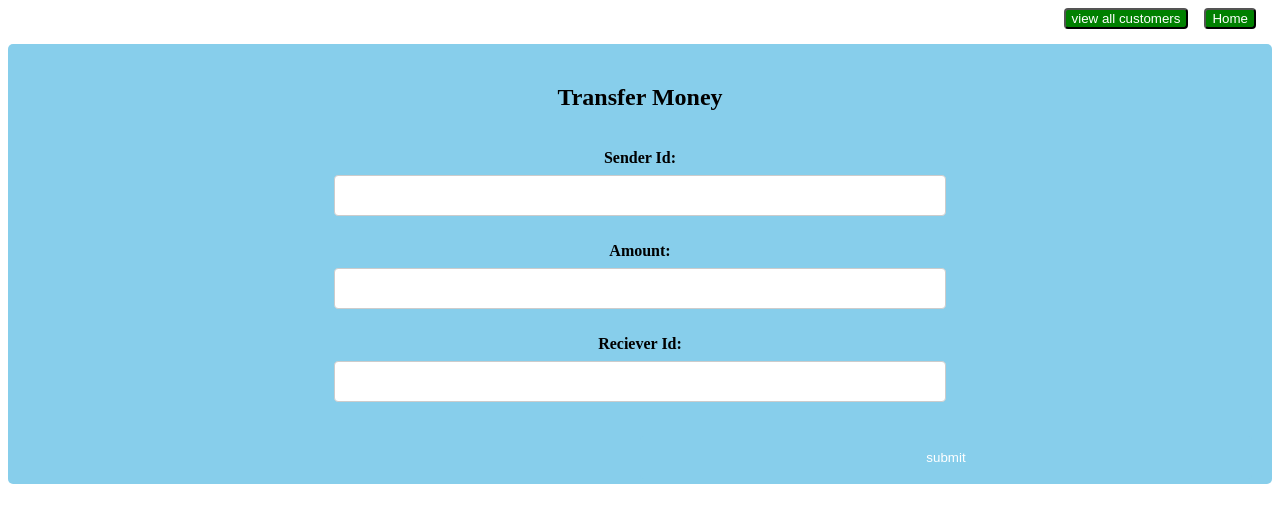
Repository: BarnalaManognaram/sparxintern
Page: sparx_internship/sparx/src/main/webapp/transfer.html
An editor plug-in stored every save of this project. The page is shown before and after the next save, followed by the edit.
The browser window is 1280 px wide. The pictures show the whole page.

Above is the page before, as saved 2021-09-20 14:29:46.

### sparx_internship/sparx/src/main/webapp/transfer.html
<!DOCTYPE html>
<html>
<head>
<meta charset="ISO-8859-1">
<title>transfer</title>
<link rel="stylesheet" href="home.css">
</head>
<body>
<a href="home.html"><button class="button1">Home</button></a>
<a href="Customer"><button class="button1">view all customers</button></a><br><br>

  <center>
  <div class="back">
   <h2>Transfer Money</h2><br>
   <form action="transferServlet">
    <b>Sender Id:</b><br><input type="text" name="sid" /><br><br>
    <b>Amount:</b><br><input  type="text" name="tm"/><br><br>
    <b>Reciever Id:</b><br><input type="text" name="rid"/><br><br>
    <input class="button1" type="submit" value="submit"/><br><br>
 </form>
    </div>

  </center>

</body>
<style>
input[type=text], select {
  width: 50%;
  padding: 12px 20px;
  margin: 8px 0;
  display: inline-block;
  border: 1px solid #ccc;
  border-radius: 4px;
  box-sizing: border-box;
}

input[type=submit] {
  width: 50%;
  background-color:skyblue;
  color: white;
  padding: 14px 20px;
  margin: 8px 0;
  border: none;
  border-radius: 4px;
  cursor: pointer;
}



div {
  border-radius: 5px;
  background-color: skyblue;
  padding: 20px;
}

</style>
</html>

### sparx_internship/sparx/src/main/webapp/home.css
@charset "ISO-8859-1";
.button{
	background-color:green;
	color: white;
	border-radius: 8px;
		margin-left:690px;
}
.button1{
	background-color:green;
	color: white;
	border-radius: 4px;
	float: right;
	margin-right:16px;
}
.heading{
	color:green;
}
.bottom{
	background-color:skyblue;
	border-radius: 8px;

}

.table {
  font-family: arial, sans-serif;
  border-collapse: collapse;
  width: 100%;
}

.td {
  border: 1px solid #dddddd;
  text-align: left;
  padding: 8px;
}

.tr:nth-child(even) {
  background-color: #dddddd;
}

After the next save:
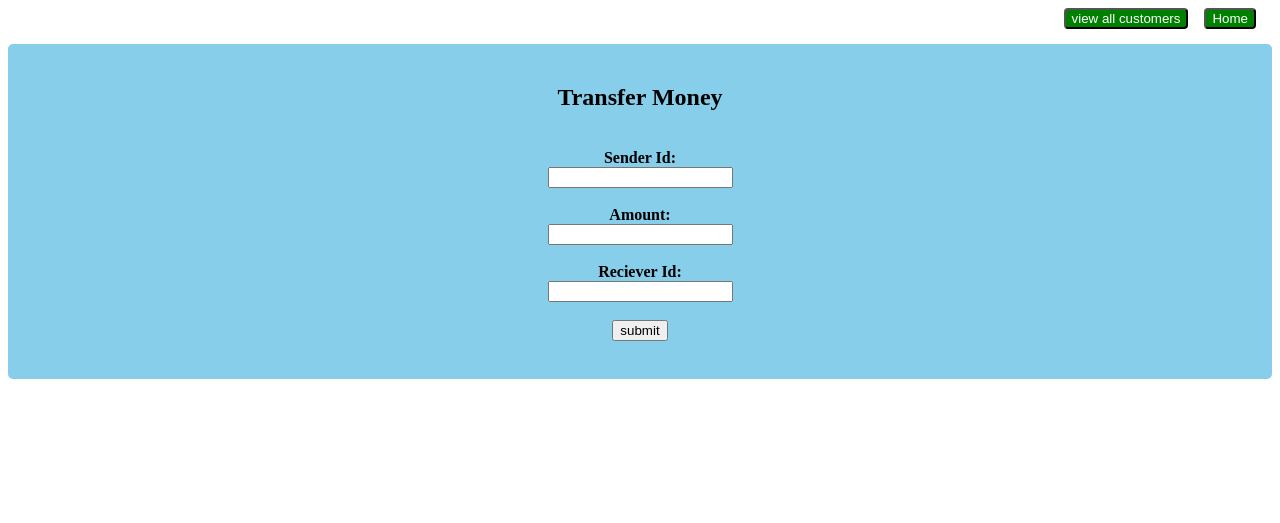
Saved 58 s later.
--- a/sparx_internship/sparx/src/main/webapp/transfer.html
+++ b/sparx_internship/sparx/src/main/webapp/transfer.html
@@ -16,7 +16,7 @@
     <b>Sender Id:</b><br><input type="text" name="sid" /><br><br>
     <b>Amount:</b><br><input  type="text" name="tm"/><br><br>
     <b>Reciever Id:</b><br><input type="text" name="rid"/><br><br>
-    <input class="button1" type="submit" value="submit"/><br><br>
+    <input type="submit" value="submit"/><br><br>
  </form>
     </div>
 
@@ -24,26 +24,7 @@
 
 </body>
 <style>
-input[type=text], select {
-  width: 50%;
-  padding: 12px 20px;
-  margin: 8px 0;
-  display: inline-block;
-  border: 1px solid #ccc;
-  border-radius: 4px;
-  box-sizing: border-box;
-}
 
-input[type=submit] {
-  width: 50%;
-  background-color:skyblue;
-  color: white;
-  padding: 14px 20px;
-  margin: 8px 0;
-  border: none;
-  border-radius: 4px;
-  cursor: pointer;
-}
 
 
 
